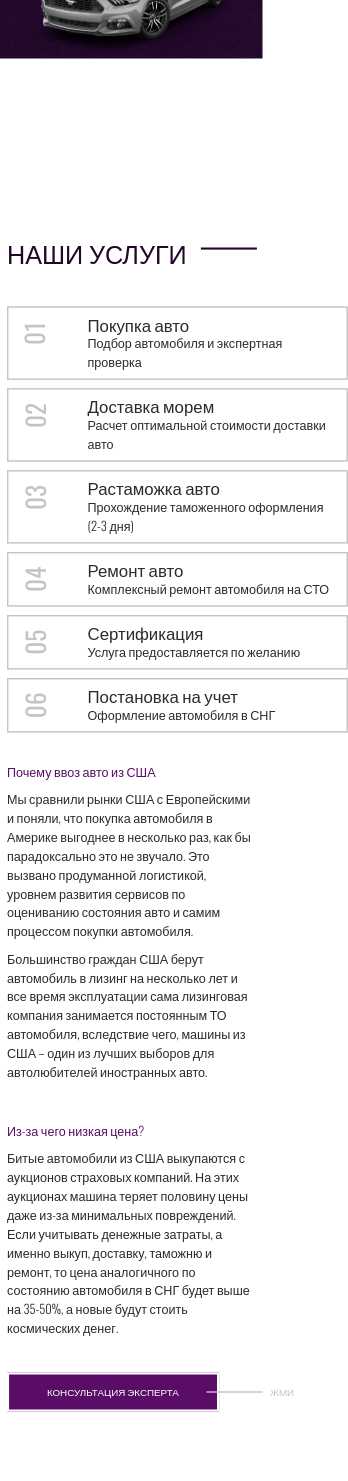
Repository: AlexandrLewandowski/site-1
Page: index.html
An editor plug-in stored every save of this project. The page is shown before and after the next save, followed by the edit.
The browser window is 375 px wide. The page is 497 px wide, so the pictures cover 497 px, including what lies to the right of the window. The pictures show the part of the page from y = 842 to 3082 px (the page is 2958 px tall before and 3905 px after), at 70% of full size.

Above is the page before, as saved 2024-05-10 19:01:07.

### index.html
<!DOCTYPE html>
<html lang="en">

<head>
    <meta charset="UTF-8">
    <meta name="viewport" content="width=device-width, initial-scale=1.0">
    <meta http-equiv="X-UA-Compatible" content="ie=edge">
    <title>Mustang</title>
    <link rel="preconnect" href="https://fonts.googleapis.com">
    <link rel="preconnect" href="https://fonts.gstatic.com" crossorigin>
    <link href="https://fonts.googleapis.com/css2?family=Oswald:wght@300;400&display=swap" rel="stylesheet">
    <link rel="stylesheet" href="css/reset.css">
    <link rel="stylesheet" href="css/slick.css">
    <link rel="stylesheet" href="css/jquery.fancybox.css">
    <link rel="stylesheet" href="css/style.css">
</head>

<body>

    <header class="header">
        <div class="container">
            <div class="header__top">
                <a class="logo" href="#">
                    <img class="logo__img" src="images/logo.svg" alt="logo">
                </a>
                <a class="phone" href="tel:88005553535">8-800-555-35-35</a>
            </div>
            <div class="header__content">
                <h1 class="header__title">
                    Авто из США "под ключ"
                </h1>
                <h2 class="header__subtitle">
                    Закажи себе авто из США с выгодой до 40%
                </h2>
                <p class="header__text">
                    Покупка, доставка, растаможка, ремонт и оформление по договору
                </p>
                <a class="button" href="#">консультация эксперта</a>
                <div class="social header__social">
                    <a class="social__link" href="#">
                        <img class="social__img" src="images/icon/instagram.svg" alt="">
                    </a>
                    <a class="social__link" href="#">
                        <img class="social__img" src="images/icon/telegram.svg" alt="">
                    </a>
                    <a class="social__link" href="#">
                        <img class="social__img" src="images/icon/whatsapp.svg" alt="">
                    </a>
                    <a class="social__link" href="#">
                        <img class="social__img" src="images/icon/facebook.svg" alt="">
                    </a>
                </div>
                <img class="header__images" src="images/ford-mustang.png" alt="ford mustang">
            </div>
        </div>
    </header>

    <section class="services">
        <div class="container">
            <h2 class="title">Наши услуги</h2>
            <div class="services__inner">
                <div class="services__content">
                    <div class="services__content-box">
                        <h6 class="services__content-title">
                            Почему ввоз авто из США
                        </h6>
                        <div class="services__content-textbox">
                            <p class="services__content-text">
                                Мы сравнили рынки США с Европейскими и поняли, что покупка автомобиля в Америке выгоднее
                                в несколько раз, как бы парадоксально это не звучало. Это вызвано продуманной
                                логистикой, уровнем развития сервисов по оцениванию состояния авто и самим процессом
                                покупки автомобиля.
                            </p>
                            <p class="services__content-text">
                                Большинство граждан США берут автомобиль в лизинг на несколько лет и все время
                                эксплуатации сама лизинговая компания занимается постоянным ТО автомобиля, вследствие
                                чего, машины из США – один из лучших выборов для автолюбителей иностранных авто.
                            </p>
                        </div>
                    </div>
                    <div class="services__content-box">
                        <h6 class="services__content-title">
                            Из-за чего низкая цена?
                        </h6>
                        <div class="services__content-textbox">
                            <p class="services__content-text">
                                Битые автомобили из США выкупаются с аукционов страховых компаний. На этих аукционах
                                машина теряет половину цены даже из-за минимальных повреждений. Если учитывать денежные
                                затраты, а именно выкуп, доставку, таможню и ремонт, то цена аналогичного по состоянию
                                автомобиля в СНГ будет выше на 35-50%, а новые будут стоить космических денег.
                            </p>
                        </div>
                    </div>
                    <a class="button button--decor" href="#">консультация эксперта</a>
                </div>
                <ol class="services__list">
                    <li class="services__item">
                        <p class="services__item-title">Покупка авто</p>
                        <p class="services__item-text">Подбор автомобиля и экспертная проверка</p>
                    </li>
                    <li class="services__item">
                        <p class="services__item-title">Доставка морем</p>
                        <p class="services__item-text">Расчет оптимальной стоимости доставки авто</p>
                    </li>
                    <li class="services__item">
                        <p class="services__item-title">Растаможка авто</p>
                        <p class="services__item-text">Прохождение таможенного оформления (2-3 дня)</p>
                    </li>
                    <li class="services__item">
                        <p class="services__item-title">Ремонт авто</p>
                        <p class="services__item-text">Комплексный ремонт автомобиля на СТО</p>
                    </li>
                    <li class="services__item">
                        <p class="services__item-title">Сертификация</p>
                        <p class="services__item-text">Услуга предоставляется по желанию</p>
                    </li>
                    <li class="services__item">
                        <p class="services__item-title">Постановка на учет</p>
                        <p class="services__item-text">Оформление автомобиля в СНГ</p>
                    </li>
                </ol>
            </div>
        </div>
    </section>
    <!--<section class="benefits">
        <div class="container">
            <div class="benefits__inner">
                <img CLASS="benefits__images" src="images/car.png" alt="car">
                <div class="benefits__content">
                    <h2 class="title benefits__title">Почему мы?</h2>
                    <ul class="benefits__list">
                        <li class="benefits__item">
                            <p class="benefits__item-num">
                                650
                            </p>
                            <p class="benefits__item-title">Успешно доставленных авто</p>
                            <p class="benefits__item-text">Большой опыт пригона автомобилей из США под ключ, все клиенты
                                остались довольны</p>
                        </li>
                        <li class="benefits__item">
                            <p class="benefits__item-num">
                                5
                            </p>
                            <p class="benefits__item-title">лет на рынке СНГ</p>
                            <p class="benefits__item-text">Работает по всей территории СНГ, работаем по договору с
                                клиентами</p>
                        </li>
                        <li class="benefits__item">
                            <p class="benefits__item-num">
                                100%
                            </p>
                            <p class="benefits__item-title">доверия клиентов</p>
                            <p class="benefits__item-text">Онлайн отчетность. Вы всегда в курсе статуса подбора вашего
                                авто. Фото и видео отчет</p>
                        </li>
                    </ul>
                </div>
            </div>
        </div>
    </section>
    <section class="carousel">
        <div class="container">
            <h2 class="title">
                Пригнанные нами авто
            </h2>
            <div class="carousel__inner">
                <div class="carousel__item">
                    <div class="carousel__item-box">
                        <img class="carousel__item-img" src="images/carousel/1.jpg" alt="carousel1">
                        <h4 class="carousel__item-title">INFINITI WX50 2016г.</h4>
                        <p class="carousel__item-text">Экономия 4500$</p>
                    </div>
                </div>
                <div class="carousel__item">
                    <div class="carousel__item-box">
                        <img class="carousel__item-img" src="images/carousel/2.jpg" alt="carousel2">
                        <h4 class="carousel__item-title">TESLA MODEL 3 2018г.</h4>
                        <p class="carousel__item-text">Экономия 5500$</p>
                    </div>
                </div>
                <div class="carousel__item">
                    <div class="carousel__item-box">
                        <img class="carousel__item-img" src="images/carousel/3.jpg" alt="carousel3">
                        <h4 class="carousel__item-title">TESLA MODEL 3 2018г.</h4>
                        <p class="carousel__item-text">Экономия 5000$</p>
                    </div>
                </div>
                <div class="carousel__item">
                    <div class="carousel__item-box">
                        <img class="carousel__item-img" src="images/carousel/1.jpg" alt="carousel1">
                        <h4 class="carousel__item-title">INFINITI QX50 2017г.</h4>
                        <p class="carousel__item-text">Экономия 5000$</p>
                    </div>
                </div>
                <div class="carousel__item-box">
                    <img class="carousel__item-img" src="images/carousel/2.jpg" alt="carousel2">
                    <h4 class="carousel__item-title">INFINITI WX50 2016г.</h4>
                    <p class="carousel__item-text">Экономия 4500$</p>
                </div>
                <div class="carousel__item">
                    <div class="carousel__item-box">
                        <img class="carousel__item-img" src="images/carousel/3.jpg" alt="carousel3">
                        <h4 class="carousel__item-title">TESLA MODEL 3 2018г.</h4>
                        <p class="carousel__item-text">Экономия 5500$</p>
                    </div>
                </div>
                <div class="carousel__item">
                    <div class="carousel__item-box">
                        <img class="carousel__item-img" src="images/carousel/1.jpg" alt="carousel1">
                        <h4 class="carousel__item-title">TESLA MODEL 3 2018г.</h4>
                        <p class="carousel__item-text">Экономия 4500$</p>
                    </div>
                </div>
                <div class="carousel__item">
                    <div class="carousel__item-box">
                        <img class="carousel__item-img" src="images/carousel/2.jpg" alt="carousel2">
                        <h4 class="carousel__item-title">INFINITI QX50 2017г.</h4>
                        <p class="carousel__item-text">Экономия 5000$</p>
                    </div>
                </div>
            </div>
        </div>
    </section>
    <section class="contacts">
        <div class="container">
            <div class="contacts__inner">
                <div class="contacts__info">
                    <h2 class="title">
                        Контакты
                    </h2>
                    <ul class="contacts__list">
                        <li class="contacts__item">
                            <p class="contacts__item-title">Адрес</p>
                            <p class="contacts__item-text">г. Москва<br> ул. Академика Королёва, д. 12</p>
                        </li>
                        <li class="contacts__item">
                            <p class="contacts__item-title">Время работы</p>
                            <p class="contacts__item-text">Пн-Сб: с 09:00 до 19:00,<br>
                                Вс: выходной
                            </p>
                        </li>
                        <li class="contacts__item">
                            <p class="contacts__item-title">Телефон</p>
                            <p class="contacts__item-text">8-800-555-35-35</p>
                        </li>
                    </ul>
                </div>
                <form action="" class="contacts__form">
                    <h2 class="title contacts__title">Оставить заявку</h2>
                    <input class="contacts__input" type="text" placeholder="Как Вас зовут">
                    <input class="contacts__input" type="text" placeholder="Ваш номер телефона">
                    <button class="contacts__btn button" type="submit">Отправить заявку</button>
                </form>
            </div>
        </div>
    </section>
    <footer class="footer">
        <div class="container">
            <div class="footer__inner">
                <a class="logo" href="#">
                    <img class="logo__img" src="images/logo.svg" alt="logo">
                </a>
                <div class="social">
                    <a class="social__link" href="#">
                        <img class="social__img" src="images/icon/instagram.svg" alt="">
                    </a>
                    <a class="social__link" href="#">
                        <img class="social__img" src="images/icon/telegram.svg" alt="">
                    </a>
                    <a class="social__link" href="#">
                        <img class="social__img" src="images/icon/whatsapp.svg" alt="">
                    </a>
                    <a class="social__link" href="#">
                        <img class="social__img" src="images/icon/facebook.svg" alt="">
                    </a>
                </div>
                <a class="footer__copy">Политика конфиденциальности</a>
            </div>
        </div>
    </footer> -->

    <script src="https://ajax.googleapis.com/ajax/libs/jquery/3.4.1/jquery.min.js"></script>
    <script src="js/slick.min.js"></script>
    <script src="js/jquery.fancybox.min.js"></script>
    <script src="js/main.js"></script>
</body>

</html>

### css/style.css
*,
*::after *::before {
    box-sizing: border-box;
}

body {
    font-family: "Oswald", sans-serif;
    font-size: 18px;
    line-height: 27px;
    font-weight: 300;
    color: #2C2B2B;
}

a {
    text-decoration: none;
    color: inherit;
    display: inline-block;
}

.container {
    max-width: 1220px;
    margin: 0 auto;
    padding: 0 10px;
}

.header {
    background-image: url(../images/header-bg.jpg);
    background-repeat: no-repeat;
    background-size: cover;
    background-position: top center;
    min-height: 700px;
    color: #fff;
}

.header__top {
    padding: 47px 0 46px;
    display: flex;
    justify-content: space-between;
    align-items: center;
}

.phone {
    font-weight: 400;
    font-size: 36px;
    line-height: 54px;
}

.header__content {
    padding-top: 60px;
    position: relative;
}

.header__title {
    font-size: 72px;
    font-weight: 400;
    line-height: 107px;
    text-transform: uppercase;
}

.header__subtitle {
    font-size: 36px;
    line-height: 54px;
    font-weight: 400;
    text-transform: uppercase;
    margin-bottom: 30px;
}

.header__text {
    margin-bottom: 30px;
    max-width: 800px;
}

.button {
    font-size: 14px;
    line-height: 21px;
    text-transform: uppercase;
    padding: 14px 54px 15px;
    background-color: #5A0D67;
    transition: all .5s;
}

.button:hover {
    color: #5A0D67;
    background-color: #fff;
}

.header__social {
    padding: 70px 0 20px 70px;
}

.social {
    display: flex;
    align-items: center;
}

.social__link {
    margin: 0 5px;
}

.header__images {
    position: absolute;
    right: 0;
    bottom: -265px;
}

.services {
    padding-top: 350px;
}

.title {
    color: #21062A;
    font-size: 36px;
    line-height: 54px;
    font-weight: 400;
    text-transform: uppercase;
    margin-bottom: 50px;
    position: relative;
}

.title::after {
    content: '';
    width: 80px;
    height: 3px;
    background-color: #21062A;
    position: absolute;
    top: 20px;
    margin-left: 20px;
}

.services__inner {
    display: flex;
    margin-bottom: 100px;
}

.services__content {
    width: 505px;
    margin-right: 96px;
}


.services__content-title {
    color: #5A0D67;
    font-size: 18px;
    line-height: 27px;
    font-weight: 300;
    margin-bottom: 12px;
}

.services__content-textbox {
    margin-bottom: 57px;
}

.services__content-text {
    margin-bottom: 12px;
}

.button--decor {
    margin-top: -7px;
    color: #fff;
    border: solid;
    position: relative;
}

.button--decor::after {
    content: 'ЖМИ';
    color: #c4c4c4;
    margin-left: 130px;
    position: absolute;
}

.button--decor::before {
    content: '';
    width: 80px;
    height: 2px;
    background-color: #c4c4c4;
    position: absolute;
    right: -65px;
    top: 24px;
}

.services__list {
    list-style: none;
    counter-reset: my-counter;
}

.services__item {
    counter-increment: my-counter;
    border: 2px solid #c4c4c4;
    margin-bottom: 12px;
    width: 450px;
    padding: 10px 15px 10px 113px;
    position: relative;
    transition: all .5s;
    cursor: pointer;
}

.services__item::before {
    content: '0'counter(my-counter);
    position: absolute;
    left: 20px;
    font-size: 36px;
    line-height: 54px;
    font-weight: 400;
    color: #c4c4c4;
    transform: rotate(270deg);
    transition: all .5s;
}

.services__item:hover {
    border: 2px solid #5a0D67;
    width: 500px;
}

.services__item:hover .services__item-title {
    color: #5A0D67;

}

.services__item:hover::before {
    color: #5A0D67;
}

.services__item-title {
    font-size: 24px;
    font-weight: 300;
}

.benefits {
    margin-bottom: 100px;
}

.benefits__inner {
    display: flex;
}

.benefits__images {
    margin-right: 95px;
}

.benefits__content {
    width: 100%;
    color: #fff;
}

.benefits__title {
    margin-left: 185px;
}

.benefits__list {
    list-style: none;
    background-color: #21062A;
    padding: 25px 0 25px 185px;
}

.benefits__item {
    width: 320px;
    margin-bottom: 20px;
}

.benefits__item-num {
    font-size: 36px;
    line-height: 54px;
    font-weight: 400;
}

.benefits__item-title {
    font-size: 24px;
    line-height: 36px;
    font-weight: 300;
}

.benefits__item-text {
    color: #c4c4c4;

}

.carousel {
    margin-bottom: 100px;
}

.carousel__inner {
    margin: 0 -7px;
}

.carousel__item {
    margin: 0 7px;
}

.carousel__item-box {
    border: 1px solid #c4c4c4;
    padding: 6px 6px 16px 6px;
    text-align: center;
}

.carousel__item-box:hover {
    color: #fff;
    background-color: #5a0D67;
    border-color: #5A0D67;
    transition: all .5s;
}

.carousel__item-img {
    width: 100%;
    margin-bottom: 23px;
}

.carousel__item-title {
    font-weight: 300;
    margin-bottom: 5px;
}

.carousel .slick-dots {
    display: flex;
    justify-content: center;
    margin-top: 50px;
    list-style: none;
}

.carousel .slick-dots button {
    font-size: 0;
    border: none;
    padding: 0;
    margin: 0 10px;
    background-color: #c4c4c4;
    height: 1px;
    width: 50px;
}

.carousel .slick-active button {
    background-color: #5A0D67;
    height: 3px;
}

.contacts__inner {
    display: flex;
    justify-content: space-between;
}

.contacts__list {
    list-style: none;
}

.contacts__item {
    margin-bottom: 20px;
}

.contacts__item-title {
    color: #5A0D67;
}

.contacts__form {
    background-color: #210621;
    padding: 50px 75px 57px;
    text-align: center;
}

.contacts__title {
    color: #fff;
    margin-bottom: 16px;
    margin-left: 53px;
    text-align: left;
}

.contacts__title::after {
    background-color: #fff;
}

.contacts__input {
    background-color: transparent;
    width: 450px;
    height: 75px;
    color: #fff;
    border: 1px solid #fff;
    margin-bottom: 12px;
    display: block;
    font-size: 25px;
    padding: 0 15px;
    text-align: center;
}

.contacts__input::placeholder {
    text-align: center;
    font-family: 'Oswald', sans-serif;
    font-size: 18px;
    line-height: 27px;
    font-weight: 300;
    color: #c4c4c4;
}

.contacts__btn {
    border: none;
    color: #fff;
    margin-top: 78px;
    cursor: pointer;
}

.footer {
    background-color: #210621;
}

.footer__inner {
    display: flex;
    justify-content: space-between;
    align-items: center;
    color: #fff;
    height: 100px;
}

@media (max-width: 1140px) {
    .services__item:hover {
        width: 450px;
    }
}

@media (max-width: 1024px) {
    .header__images {
        width: 80%;
    }

    .services {
        padding-top: 250px;
    }

    .services__inner {
        flex-wrap: wrap;
    }

    .services__list {
        order: -1;
        margin-bottom: 30px;
        width: 100%;
    }

    .services__item {
        width: 100%;
    }

    .services__item:hover {
        width: 100%;
    }

    .services__content {
        width: 100%;
        margin-right: 0;
    }
}

@media (max-width: 900px) {
    .header__images {
        width: 80%;
    }

    .phone {
        font-size: 24px;
        line-height: 36px;
    }

    .header__title {
        font-size: 54px;
        line-height: 74px;
    }

    .header__subtitle {
        font-size: 24px;
        line-height: 36px;
        margin-bottom: 20px;
    }

    .header__social {
        padding: 30px 0 20px 55px;
    }
}

@media (max-width: 600px) {
    .header__content {
        padding-top: 0;
        text-align: center;
    }

    .header__social {
        padding: 30px 0 20px 0;
    }

    .social {
        justify-content: center;
    }
}

@media (max-width: 520px) {
    .header__top {
        flex-wrap: wrap;
        justify-content: center;
        text-align: center;
    }

    .logo {
        margin-bottom: 20px;
        width: 100%;
    }

    .header__title {
        margin-bottom: 20px;
    }

    .header__images {
        position: static;
    }
}

@media (max-width: 340px) {
    .header__title {
        font-size: 44px;
        line-height: 50px;
    }
}

### js/main.js
$(function () {

    $('.carousel__inner').slick({
        arrows: false,
        dots: true,
        slidesToShow: 3
    });


});

Loaded but not shown: css/reset.css (common file); css/slick.css (common file); css/jquery.fancybox.css (library); js/slick.min.js (library); js/jquery.fancybox.min.js (library)

After the next save:
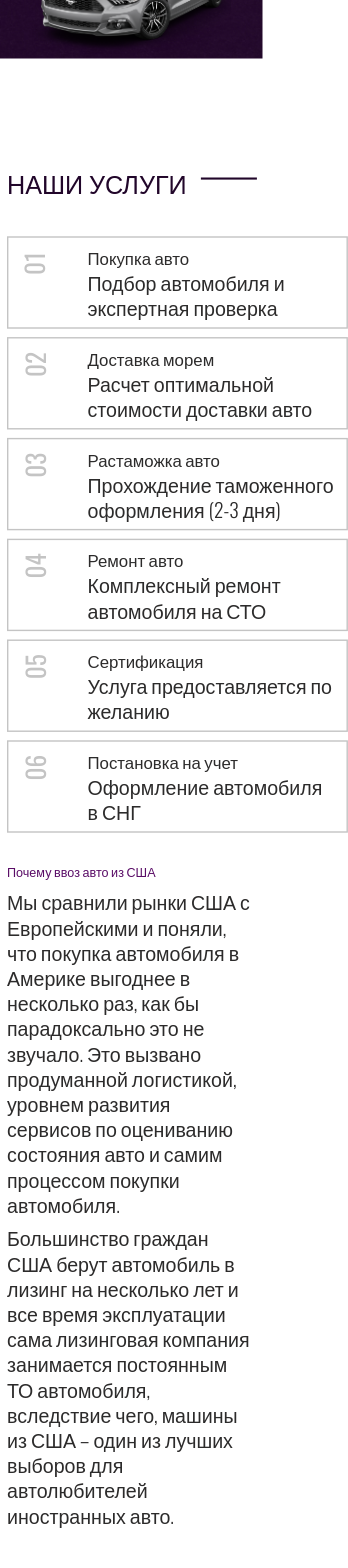
Saved 6 min 27 s later.
--- a/css/style.css
+++ b/css/style.css
@@ -484,6 +484,13 @@
     .social {
         justify-content: center;
     }
+
+    .services {
+        padding-top: 150px;
+        font-size: 28px;
+        line-height: 36px;
+        margin-bottom: 30px;
+    }
 }
 
 @media (max-width: 520px) {
